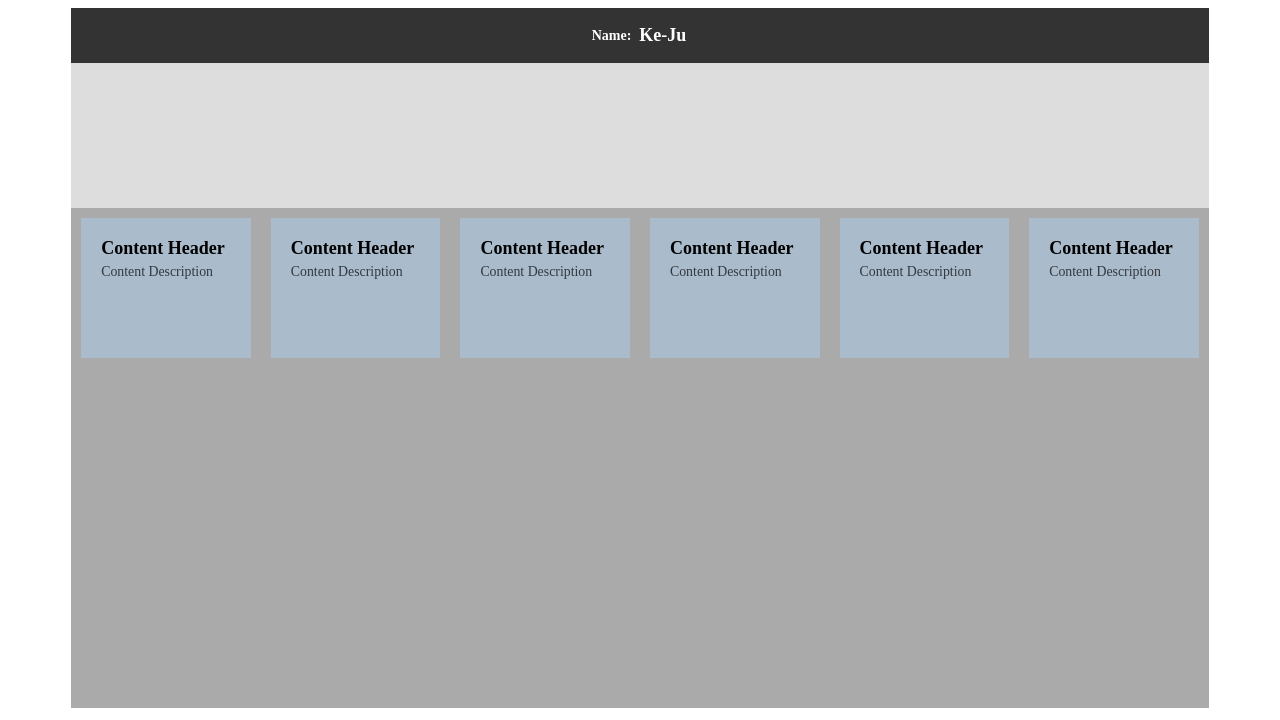
Repository: kerudai/mdiat3126nextapp
Page: /
The author's editor kept a copy of each file at every save. The page is drawn from the files as they stood at one save, then again after the next save.
The browser window is 1280 px wide. The pictures show the whole page.
The project was rebuilt for these pictures with package versions that can differ from the ones it lists, and the page was loaded fresh each time. The framework's server and built-in components were replaced by stand-ins that run in the browser.

Above is the page before, as saved 2020-09-29 16:47:50.

After the next save:
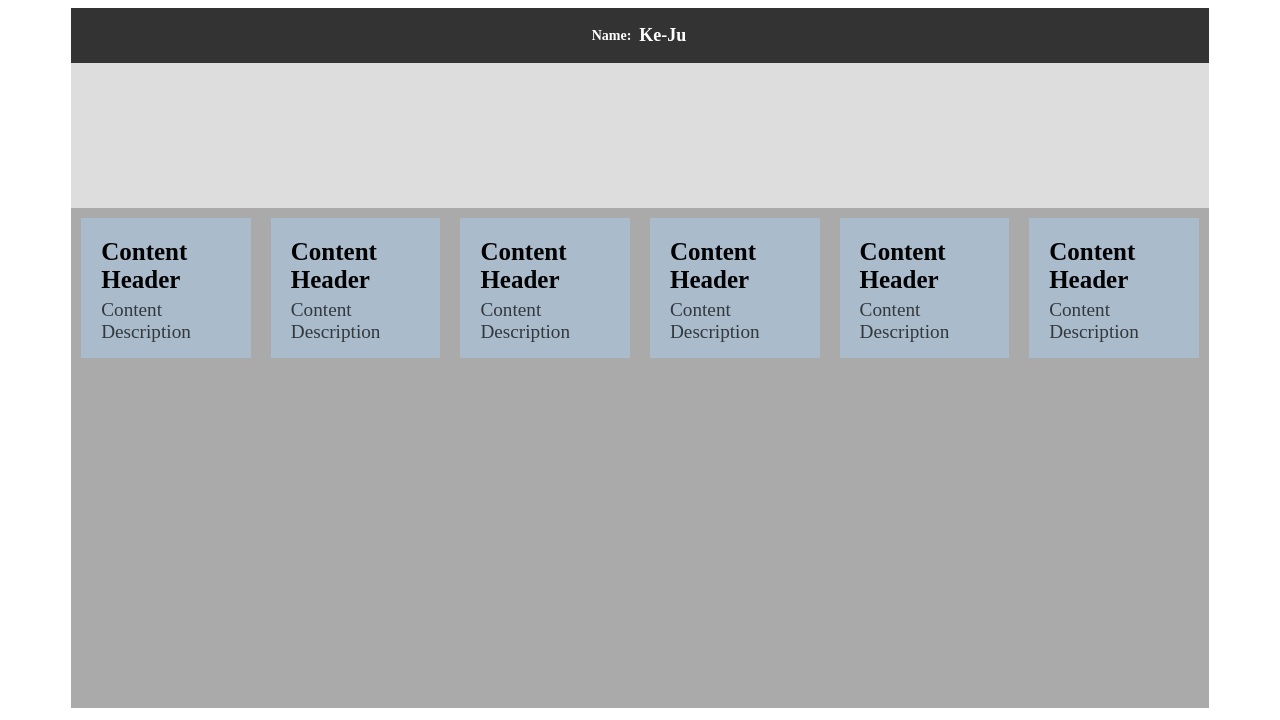
Saved 12 s later.
--- a/pages/app.scss
+++ b/pages/app.scss
@@ -1,3 +1,3 @@
-$fs:18px;
+$fs:25px;
 
 @import './index.scss';

After the save that followed:
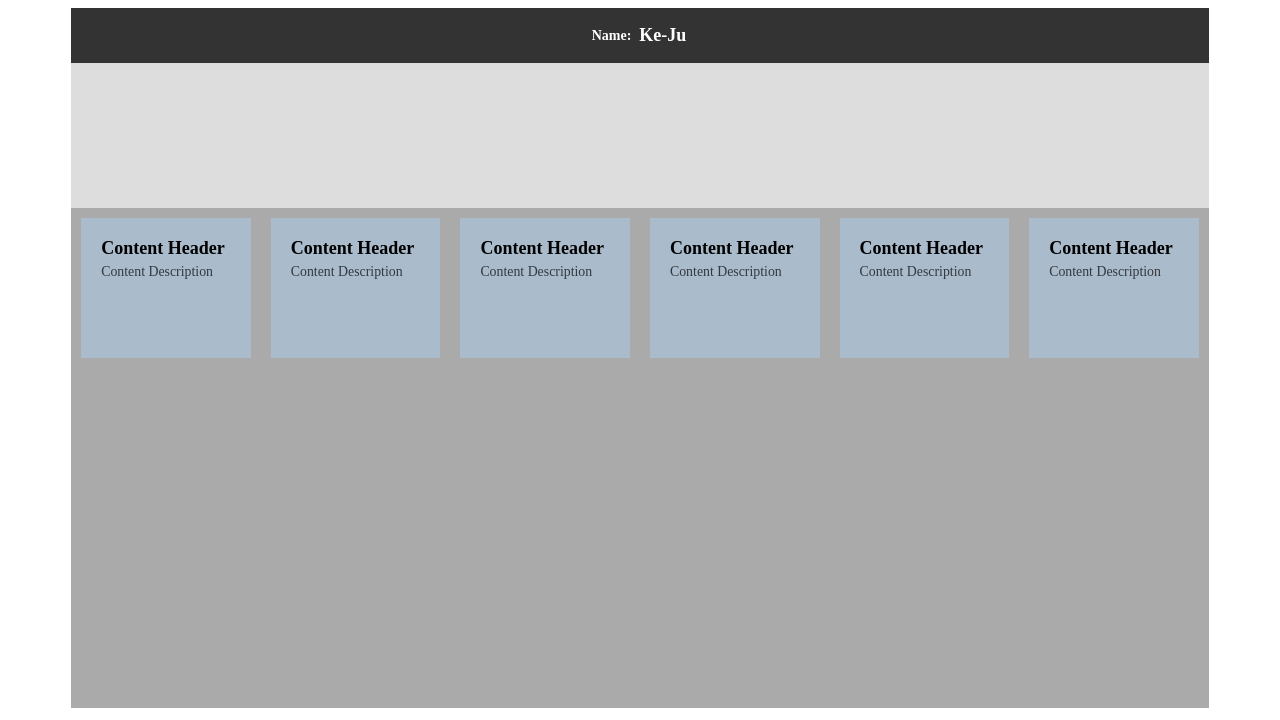
Saved 79 s later.
--- a/pages/app.scss
+++ b/pages/app.scss
@@ -1,3 +1,3 @@
-$fs:25px;
+$fs:18px;
 
 @import './index.scss';
